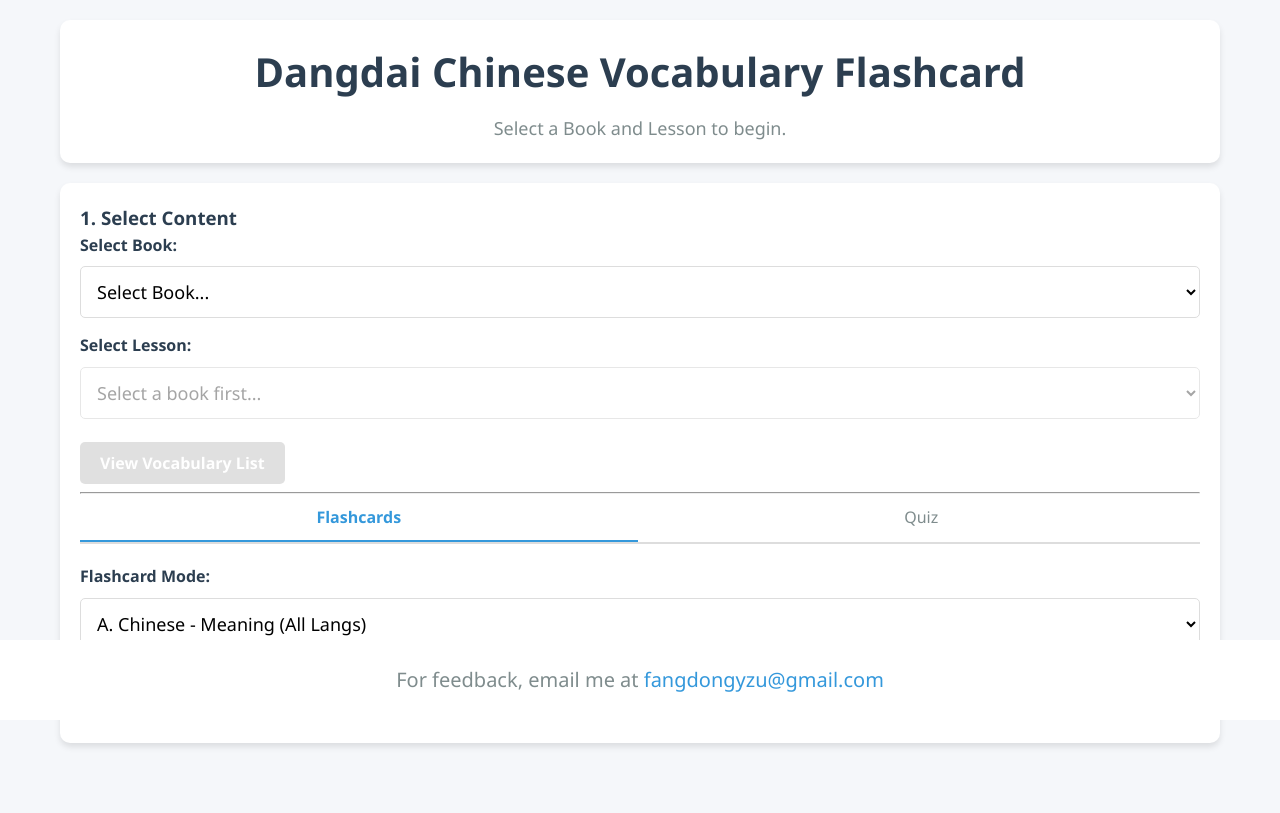
Repository: fangdongyzu/dangdaiflashcards
Page: index.html
The author's editor kept a copy of each file at every save. The page is drawn from the files as they stood at one save, then again after the next save.
The browser window is 1280 px wide. The pictures show the whole page.

Above is the page before, as saved 2025-11-28 00:17:40.

After the next save:
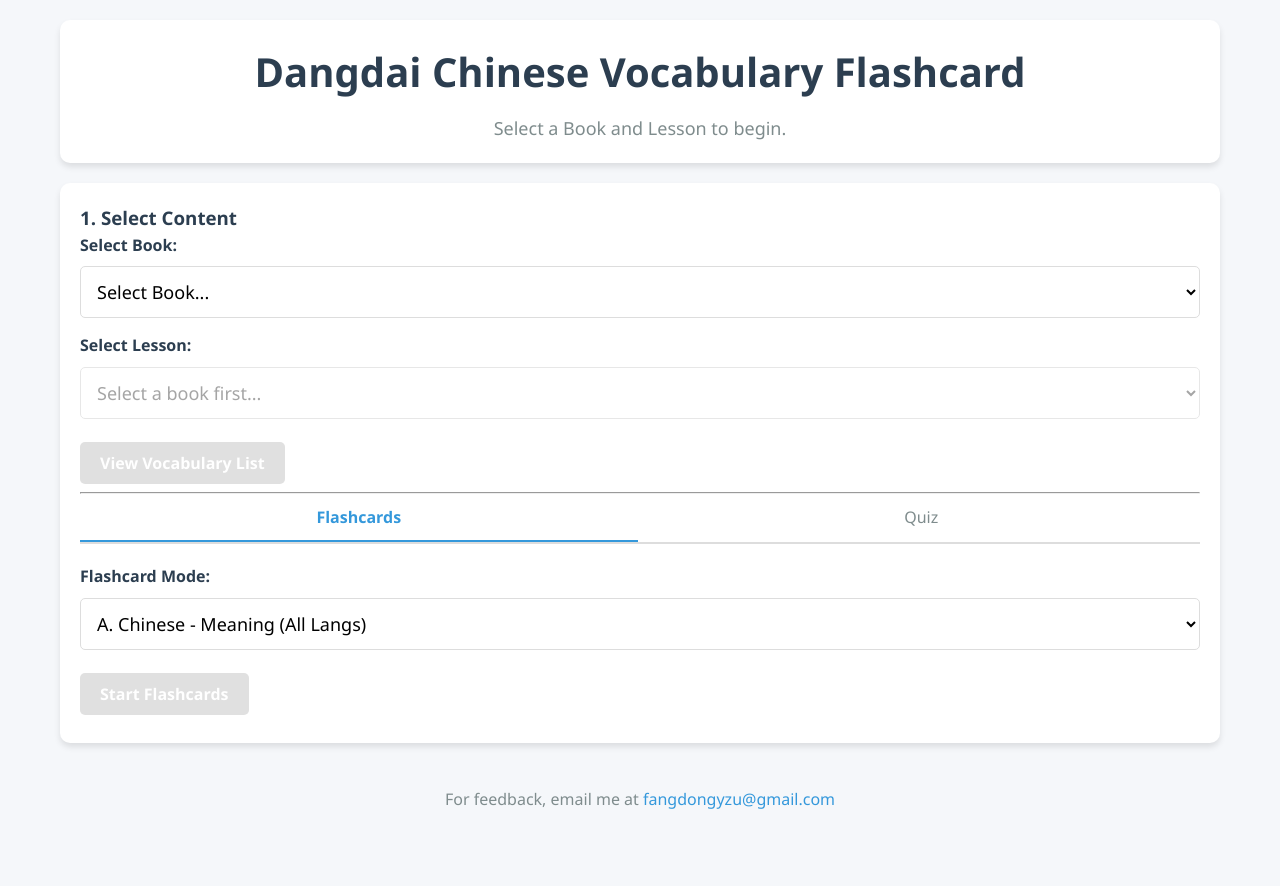
Saved 51 s later.
--- a/styles.css
+++ b/styles.css
@@ -567,14 +567,3 @@ select:focus {
     outline: 2px solid var(--primary-color);
     outline-offset: 2px;
 }
-
-.footer-fixed {
-    position: fixed;
-    left: 0;
-    bottom: 0;
-    width: 100%;
-    text-align: center;
-    padding: 1.5rem 0;
-    font-size: 20px;
-    background: white;
-}
